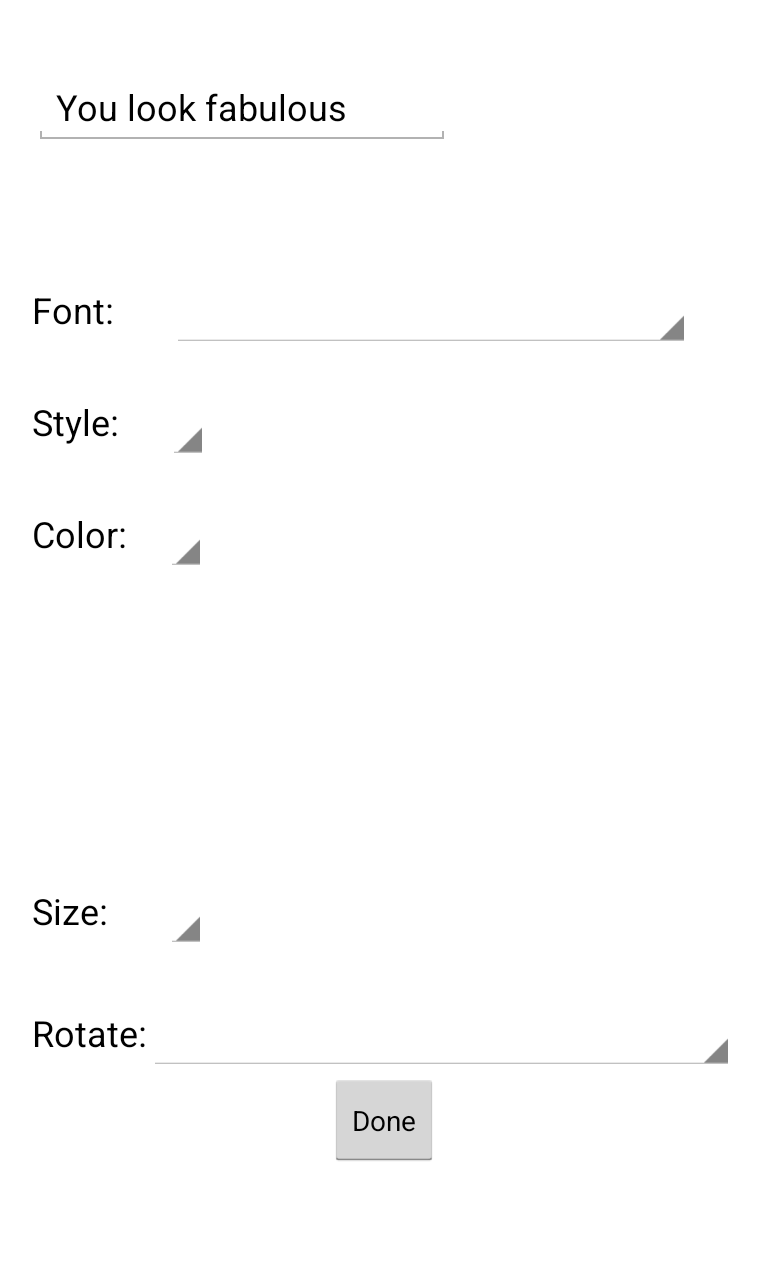
Repository: rtyanas/MyPics
Layout: workspace/MyPic/res/layout/activity_settings.xml
The author's editor kept a copy of each file at every save. The layout is drawn from the files as they stood at one save, then again after the next save.
It is drawn on a 768 x 1280 px phone screen (xhdpi) without system bars, with theme AppTheme; the app's code is not run.

Above is the layout before, as saved 2013-12-17 19:47:46.

After the next save:
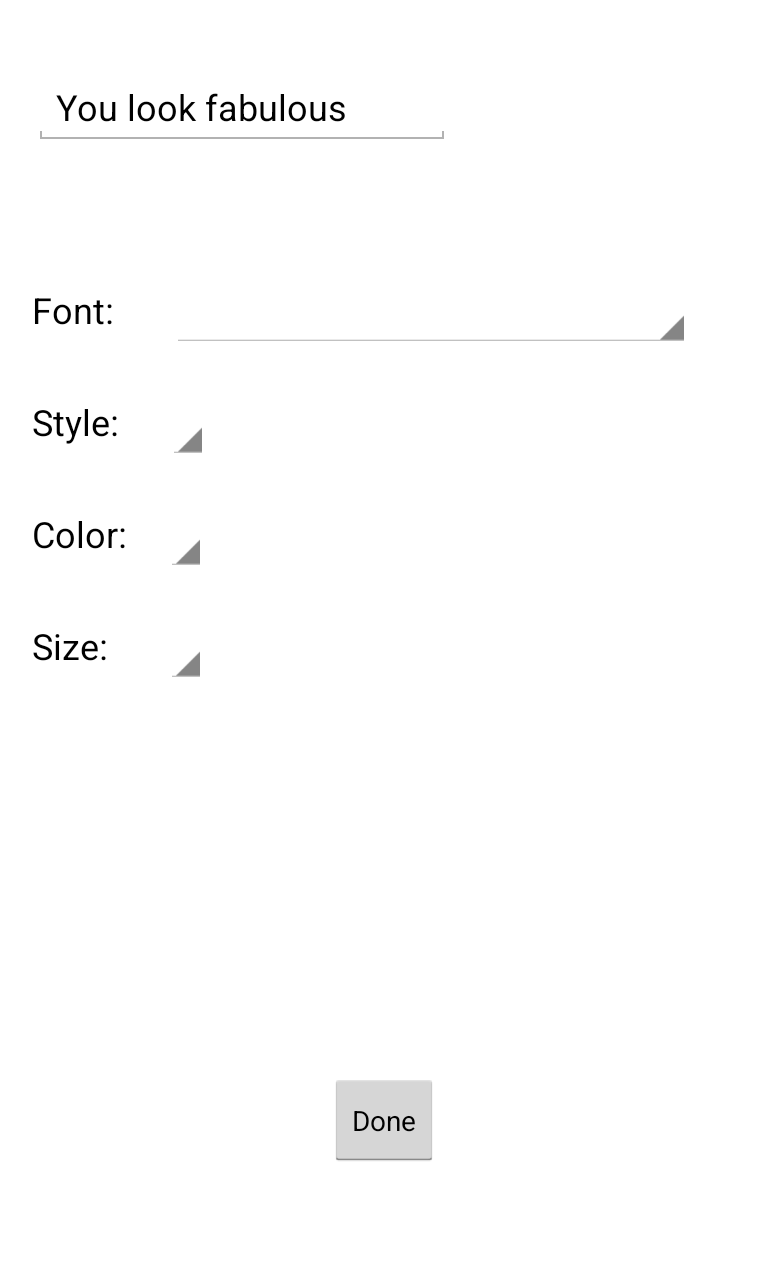
Saved 104 s later.
--- a/workspace/MyPic/res/layout/activity_settings.xml
+++ b/workspace/MyPic/res/layout/activity_settings.xml
@@ -99,6 +99,7 @@
         android:layout_height="wrap_content"
         android:layout_above="@+id/done"
         android:layout_alignLeft="@+id/linearLayout3"
+        android:layout_below="@+id/linearLayout3"
         android:layout_marginTop="24dp" >
 
         <TextView
@@ -122,6 +123,7 @@
         android:layout_height="wrap_content"
         android:layout_above="@+id/done"
         android:layout_alignLeft="@+id/linearLayout4"
+        android:layout_below="@+id/linearLayout4"
         android:layout_marginTop="24dp" >
 
         <TextView
